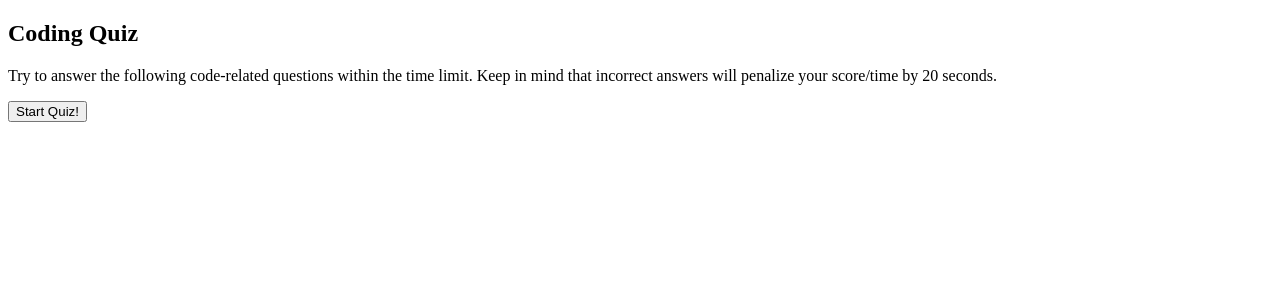
Repository: ziffoit/Code-Quiz
Page: index.html
An editor plug-in stored every save of this project. The page is shown before and after the next save, followed by the edit.
The browser window is 1280 px wide. The pictures show the whole page.

Above is the page before, as saved 2021-03-13 21:04:56.

### index.html
<!DOCTYPE html>
<html lang="en">
  <head>
    <meta charset="UTF-8" />
    <meta name="viewport" content="width=device-width, initial-scale=1.0" />
    <link rel="stylesheet" href="./Assets/style.css" />
    <title>Document</title>
  </head>
  <body>
    <header>
      <p class="timer"></p>
    </header>
    <!-- hide this section -->
    <section id="titlePage">
      <h1>Coding Quiz</h1>
      <p>
        Try to answer the following code-related questions within the time
        limit. Keep in mind that incorrect answers will penalize your score/time
        by 20 seconds.
      </p>
      <button id="startQuiz">Start Quiz!</button>
    </section>
    <section id="quizSection">
      <h1 id="quizQuestion"></h1>
      <div id="previousResult"></div>
    </section>
    <section id="endPage">
      <h1>Finish!</h1>
      <p>Your final score is:</p>
      <p id="finalScore"></p>
      <form id="initialsForm">
        <input type="text" id="initials" />
        <button type="submit">Submit</button>
      </form>
    </section>
    <script src="./Assets/script.js"></script>
  </body>
</html>

### Assets/script.js
var timerCount = 60
var previousResult = document.querySelector("#previousResult")
var startQuizBtn = document.querySelector("#startQuiz")
var titlePage = document.querySelector("#titlePage")
var quizQuestion = document.querySelector("#quizQuestion")
var quizSection = document.querySelector("#quizSection")
var timer;
var timerElement = document.querySelector(".timer")
var endPage = document.querySelector("#endPage")
var finalScore = document.querySelector("#finalScore")
var initials = document.querySelector("#initials")
var initialsForm = document.querySelector("#initialsForm")
var questionsArray = [
    {
        question:"Commonly used data types DO NOT include:",
        answer:["strings", "booleans", "alerts", "numbers"],
        correctAnswer:"alerts"
    },
    {
        question:"The condition within an if/else statement is enclosed within:",
        answer:["quotes", "curly brackets", "parentheses", "square brackets"],
        correctAnswer:"parentheses"
    },
    {
        question:"Arrays in JavaScript can be used to store:",
        answer:["numbers and strings", "other arrays", "booleans", "all of the above"],
        correctAnswer:"all of the above"
    },
]
var questionTracker = 0
endPage.setAttribute("class", "hidden")
//executed when start button is clicked
// local storage for keeping highscores
function startQuiz() {
    questionTracker = 0
    titlePage.setAttribute("class", "hidden")
    timer = setInterval(startTimer, 1000)
    timerElement.textContent = timerCount
    //hide titlePage section show question 1
    previousResult.textContent = ""
    timerElement.removeAttribute("class")
    quizSection.removeAttribute("class")
    renderQuestion()
}

function startTimer() {
    timerCount--
    timerElement.textContent = timerCount
      if (timerCount <= 0) {
        // Clears interval through renderEndPage
        renderEndPage()
      }
    }
function renderQuestion() {
    if (questionTracker >= questionsArray.length){
        renderEndPage()
        return
    }
    var currentQuestion = questionsArray[questionTracker]
    quizQuestion.textContent = currentQuestion.question
    for (let i = 0; i < currentQuestion.answer.length; i++) {
        const answer = currentQuestion.answer[i];
        var button = document.createElement("button")
        button.textContent = answer
        button.className = "questionAnswer"
        quizSection.append(button)
        if (answer === currentQuestion.correctAnswer) {
            button.addEventListener("click", correctAnswer)
        } else {
            button.addEventListener("click", incorrectAnswer)
        }
        // when user clicks button for next question questionTracker++
    }
}

function removeButtons() {
    var buttons = document.getElementsByClassName("questionAnswer")
    while (buttons.length > 0) {
        buttons[0].remove()
    }
}

function loadNextQuestion() {
    questionTracker++
    removeButtons()
    renderQuestion()
}

function correctAnswer() {
    loadNextQuestion()
    previousResult.textContent = "Correct!"

}
//timer penalty for wrong answer
function incorrectAnswer() {
    loadNextQuestion()
    previousResult.textContent = "Incorrect!"
    timerCount = timerCount - 20

}
// end of quiz
function renderEndPage() {
    var score = timerCount
    finalScore.textContent = score
    quizSection.setAttribute("class", "hidden")
    timerElement.setAttribute("class", "hidden")
    clearInterval(timer)
    endPage.removeAttribute("class")

}

function saveHighScores(event) {
    event.preventDefault()
    var nameScore = {
        name: initials.value,
        score: finalScore.textContent
    }

    localStorage.setItem("score", JSON.stringify(nameScore))
    endPage.setAttribute("class", "hidden")
    titlePage.removeAttribute("class")
}

startQuizBtn.addEventListener("click", startQuiz)
initialsForm.addEventListener("submit", saveHighScores)

Loaded but not shown: Assets/style.css (common file); Assets/highscore.js (no stored copy; drawn as an empty file)

After the next save:
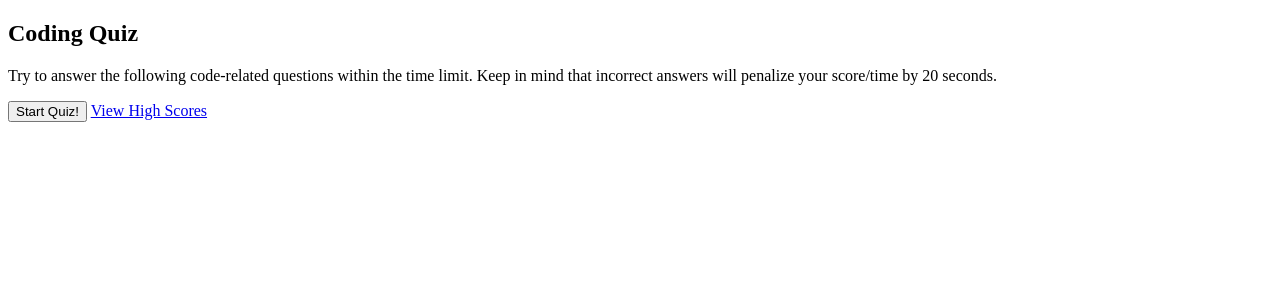
Saved 89 s later.
--- a/index.html
+++ b/index.html
@@ -19,6 +19,7 @@
         by 20 seconds.
       </p>
       <button id="startQuiz">Start Quiz!</button>
+      <a href="./highScore.html">View High Scores</a>
     </section>
     <section id="quizSection">
       <h1 id="quizQuestion"></h1>
@@ -34,5 +35,6 @@
       </form>
     </section>
     <script src="./Assets/script.js"></script>
+    <script src="./Assets/highscore.js"></script>
   </body>
 </html>
